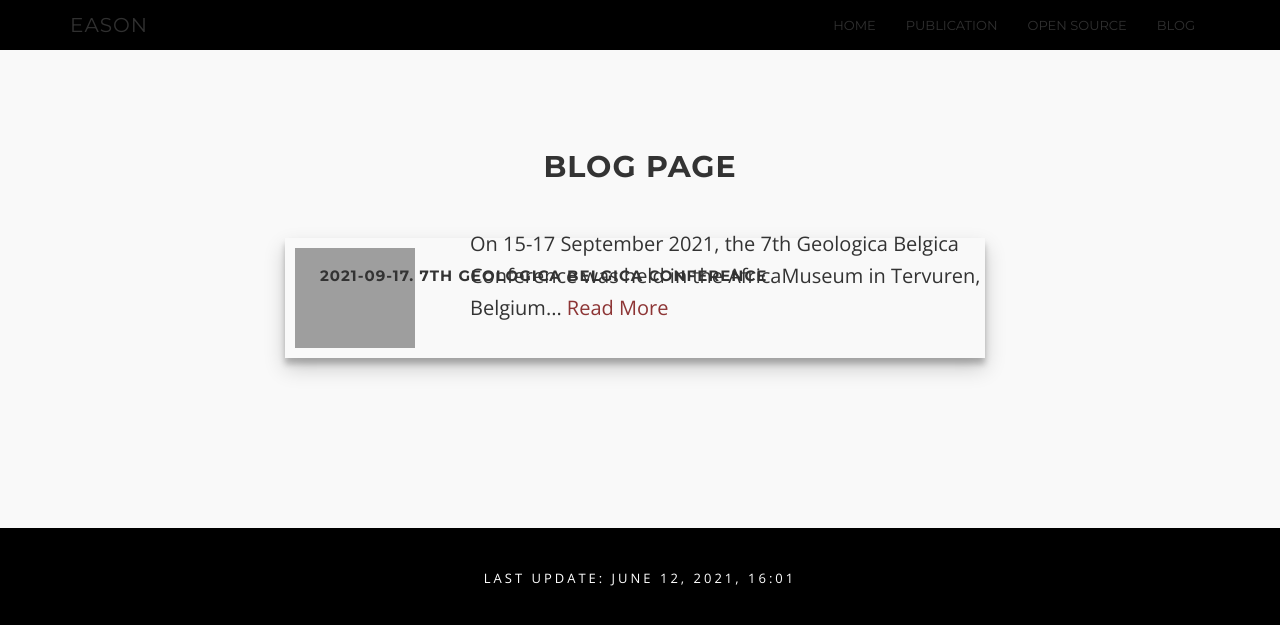
Repository: eazzzon/eazzzon.github.io
Page: blog.html
The author's editor kept a copy of each file at every save. The page is drawn from the files as they stood at one save, then again after a run of saves.
The browser window is 1280 px wide. The pictures show the whole page.
Pictures or frames that could not be fetched are drawn as grey boxes.

Above is the page before, as saved 2021-09-18 13:19:16.

After the next 3 saves:
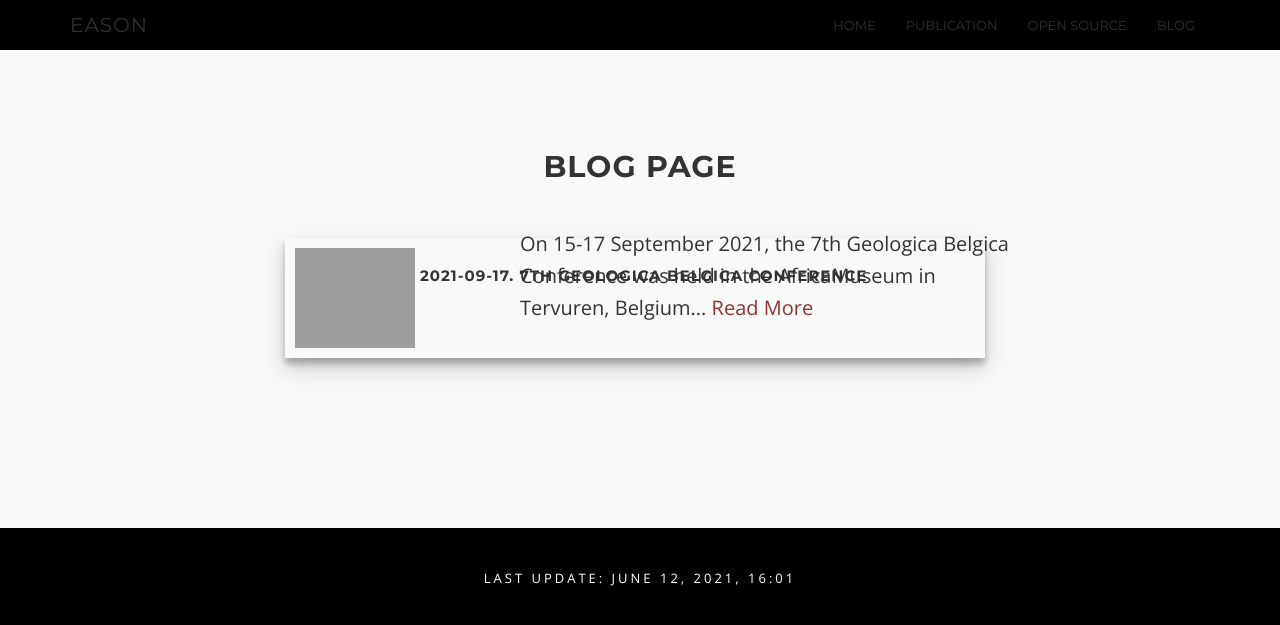
The 3 saves are shown as one change because they came seconds apart.
The last was saved 12 s later.
--- a/css/theme.css
+++ b/css/theme.css
@@ -440,7 +440,7 @@ section {
 	font-size: 15px;
 	padding: 50px;
 	top: 0px;
-	left: 10px;
+	left: 60px;
   }
 
   .p {
